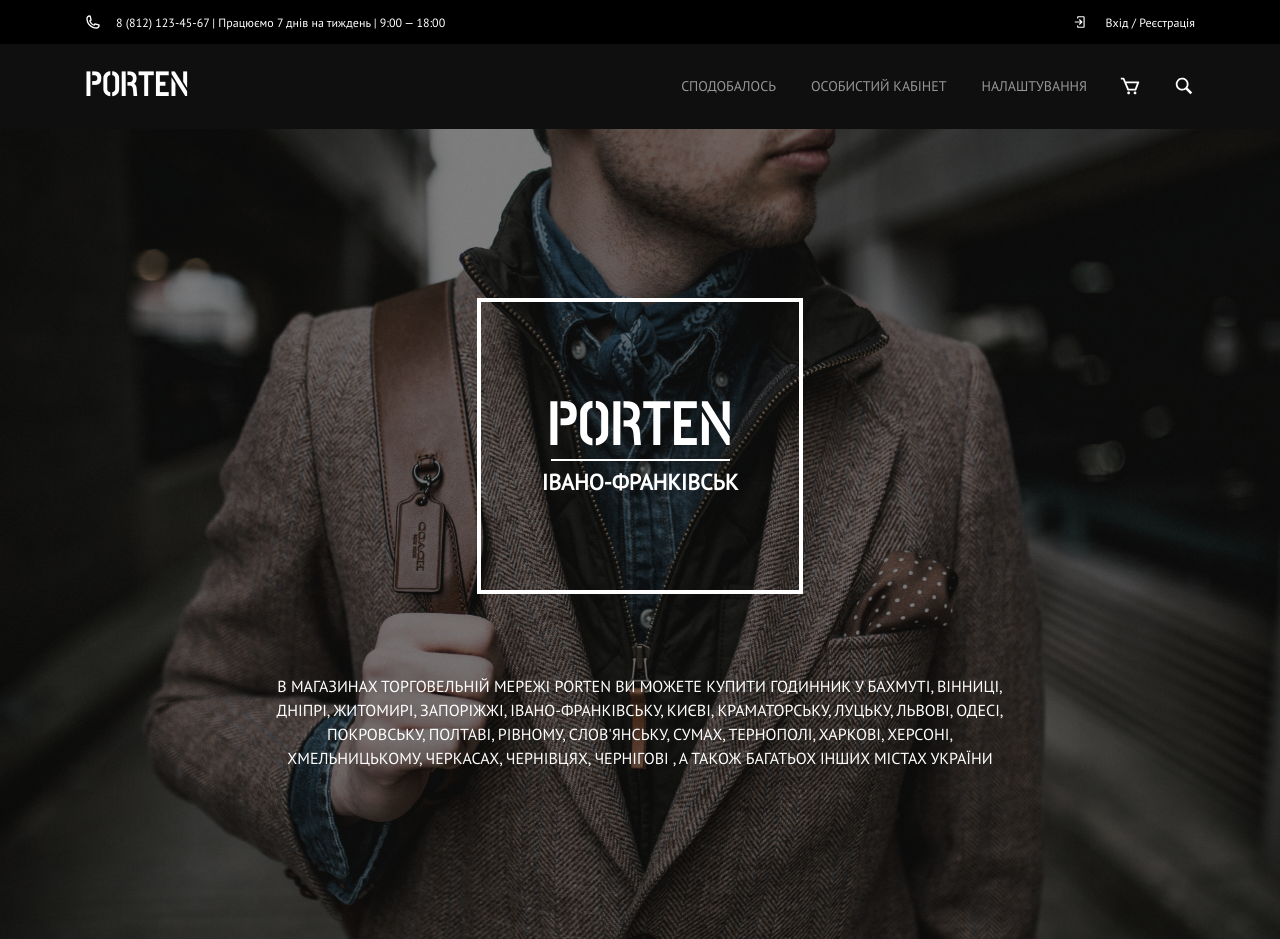
Repository: KYUUBI-K/porten
Page: index.html
The author's editor kept a copy of each file at every save. The page is drawn from the files as they stood at one save, then again after the next save.
The browser window is 1280 px wide. The pictures show the whole page.

Above is the page before, as saved 2025-09-09 21:47:41.

### index.html
<!DOCTYPE html>
<html lang="en">
  <head>
    <meta charset="UTF-8" />
    <meta name="viewport" content="width=device-width, initial-scale=1.0" />
    <title>Cappadocia</title>
    <link rel="stylesheet" href="./styles.css" />
    <script defer src="./index.js"></script>
  </head>
  <body>
    <header class="header">
      <div class="top-line">
        <div class="wrapper">
          <div class="top-line-content">
            <div class="info">
              <svg
                width="16"
                height="16"
                viewBox="0 0 16 16"
                fill="none"
                xmlns="http://www.w3.org/2000/svg"
              >
                <path
                  d="M11.6 14.6667C8.87817 14.6631 6.26886 13.5803 4.34425 11.6557C2.41964 9.73112 1.33684 7.1218 1.33331 4.39999C1.33331 3.58666 1.65641 2.80665 2.23152 2.23153C2.80663 1.65642 3.58665 1.33333 4.39998 1.33333C4.57221 1.33202 4.74415 1.34765 4.91331 1.37999C5.07685 1.4042 5.23762 1.44439 5.39331 1.49999C5.50281 1.53841 5.60039 1.60475 5.67639 1.69244C5.75239 1.78014 5.80418 1.88615 5.82665 1.99999L6.73998 5.99999C6.7646 6.10857 6.76163 6.22158 6.73136 6.32872C6.70108 6.43585 6.64445 6.5337 6.56665 6.61333C6.47998 6.70666 6.47331 6.71333 5.65331 7.13999C6.30998 8.58057 7.46211 9.73743 8.89998 10.4C9.33331 9.57333 9.33998 9.56666 9.43331 9.47999C9.51294 9.40219 9.61079 9.34556 9.71792 9.31528C9.82506 9.28501 9.93807 9.28204 10.0466 9.30666L14.0466 10.22C14.1568 10.2456 14.2587 10.2988 14.3427 10.3746C14.4267 10.4504 14.49 10.5463 14.5266 10.6533C14.5829 10.8116 14.6253 10.9744 14.6533 11.14C14.6801 11.3075 14.6935 11.477 14.6933 11.6467C14.681 12.4565 14.3488 13.2286 13.7693 13.7944C13.1897 14.3602 12.4099 14.6738 11.6 14.6667V14.6667ZM4.39998 2.66666C3.94081 2.66842 3.50095 2.8516 3.17627 3.17628C2.85158 3.50097 2.6684 3.94083 2.66665 4.39999C2.66841 6.76872 3.61017 9.03992 5.28511 10.7149C6.96005 12.3898 9.23125 13.3316 11.6 13.3333C12.0591 13.3316 12.499 13.1484 12.8237 12.8237C13.1484 12.499 13.3316 12.0592 13.3333 11.6V11.38L10.24 10.6667L10.0466 11.0333C9.74665 11.6133 9.52665 12.0333 8.96665 11.8067C7.8619 11.4112 6.85911 10.7747 6.03114 9.94325C5.20316 9.11181 4.57079 8.10638 4.17998 6.99999C3.93998 6.47999 4.39331 6.23999 4.96665 5.93999L5.33331 5.75999L4.61998 2.66666H4.39998Z"
                  fill="white"
                />
              </svg>
              8 (812) 123-45-67 | Працюємо 7 днів на тиждень | 9:00 — 18:00
            </div>
            <div class="login">
              <svg
                width="14"
                height="14"
                viewBox="0 0 14 14"
                fill="none"
                xmlns="http://www.w3.org/2000/svg"
              >
                <path
                  d="M5.25001 1.16675H10.5C11.1417 1.16675 11.6667 1.69175 11.6667 2.33341V11.6667C11.6667 12.3084 11.1417 12.8334 10.5 12.8334H5.25001C4.60834 12.8334 4.08334 12.3084 4.08334 11.6667V10.5001H5.25001V11.6667H10.5V2.33341H5.25001V3.50008H4.08334V2.33341C4.08334 1.69175 4.60834 1.16675 5.25001 1.16675Z"
                  fill="white"
                />
                <path
                  d="M5.88583 9.09409L6.70833 9.91659L9.625 6.99992L6.70833 4.08325L5.88583 4.90575L7.39083 6.41659H1.75V7.58325H7.39083L5.88583 9.09409Z"
                  fill="white"
                />
              </svg>
              Вхід / Реєстрація
            </div>
          </div>
        </div>
      </div>
      <div class="bot-line">
        <div class="wrapper">
          <div class="bot-line-content">
            <div class="header-logo">PORTEN</div>
            <nav class="header-menu">
              <ul class="header-menu-list">
                <li class="header-menu-item">
                  <a class="header-menu-link" href="#liked">cподобалось</a>
                </li>
                <li class="header-menu-item">
                  <a class="header-menu-link" href="#office"
                    >Особистий кабінет</a
                  >
                </li>
                <li class="header-menu-item">
                  <a class="header-menu-link" href="#settings">налаштування</a>
                </li>
              </ul>
              <svg
                width="22"
                height="22"
                viewBox="0 0 22 22"
                fill="none"
                xmlns="http://www.w3.org/2000/svg"
              >
                <path
                  d="M20.0035 6.81175C19.9192 6.6899 19.8066 6.59031 19.6754 6.5215C19.5441 6.45269 19.3982 6.41672 19.25 6.41667H6.72193L5.66409 3.8775C5.52539 3.54312 5.29052 3.25746 4.98927 3.05673C4.68801 2.856 4.33393 2.74925 3.97193 2.75H1.83334V4.58334H3.97193L8.32059 15.0196C8.39025 15.1866 8.50775 15.3292 8.65831 15.4295C8.80887 15.5298 8.98575 15.5834 9.16668 15.5833H16.5C16.8823 15.5833 17.2242 15.3459 17.3589 14.9893L20.1089 7.656C20.1609 7.51724 20.1785 7.36794 20.1601 7.22091C20.1417 7.07387 20.088 6.93348 20.0035 6.81175ZM15.8648 13.75H9.77809L7.48643 8.25H17.9273L15.8648 13.75Z"
                  fill="white"
                />
                <path
                  d="M9.625 19.25C10.3844 19.25 11 18.6344 11 17.875C11 17.1156 10.3844 16.5 9.625 16.5C8.86561 16.5 8.25 17.1156 8.25 17.875C8.25 18.6344 8.86561 19.25 9.625 19.25Z"
                  fill="white"
                />
                <path
                  d="M16.0417 19.25C16.8011 19.25 17.4167 18.6344 17.4167 17.875C17.4167 17.1156 16.8011 16.5 16.0417 16.5C15.2823 16.5 14.6667 17.1156 14.6667 17.875C14.6667 18.6344 15.2823 19.25 16.0417 19.25Z"
                  fill="white"
                />
              </svg>
              <svg
                width="22"
                height="22"
                viewBox="0 0 22 22"
                fill="none"
                xmlns="http://www.w3.org/2000/svg"
              >
                <path
                  d="M19.25 17.4167L14.5255 12.6922C15.3989 11.3648 15.7488 9.76053 15.5073 8.18999C15.2658 6.61945 14.4501 5.19437 13.2182 4.19068C11.9864 3.18698 10.4259 2.67606 8.83895 2.75684C7.252 2.83762 5.75147 3.50434 4.62788 4.62794C3.50428 5.75153 2.83755 7.25206 2.75678 8.83901C2.676 10.426 3.18692 11.9864 4.19061 13.2183C5.19431 14.4502 6.61939 15.2658 8.18993 15.5073C9.76047 15.7488 11.3648 15.399 12.6922 14.5256L17.4167 19.2501L19.25 17.4167ZM4.58335 9.16675C4.58335 6.6395 6.63944 4.58341 9.16669 4.58341C11.6939 4.58341 13.75 6.6395 13.75 9.16675C13.75 11.694 11.6939 13.7501 9.16669 13.7501C6.63944 13.7501 4.58335 11.694 4.58335 9.16675Z"
                  fill="white"
                />
              </svg>
            </nav>
          </div>
        </div>
      </div>
    </header>
    <section class="banner">
      <div class="banner-logo">
        <h1 class="banner-title">PORTEN</h1>
        <h2 class="banner-subtitle">івано-франківськ</h2>
      </div>
      <div class="banner-info">
        В магазинах Торговельній мережі Porten ви можете купити годинник у
        Бахмуті, Вінниці, Дніпрі, Житомирі, Запоріжжі, Івано-Франківську, Києві,
        Краматорську, Луцьку, Львові, Одесі, Покровську, Полтаві, Рівному,
        Слов'янську, Сумах, Тернополі, Харкові, Херсоні, Хмельницькому,
        Черкасах, Чернівцях, Чернігові , а також багатьох інших містах України
      </div>
    </section>
  </body>
</html>

### styles.css
@font-face {
  font-family: "PT Sans";
  src: url("./fonts/PTSans-Regular.woff2") format("woff2");
  font-weight: 400;
  font-style: normal;
  font-display: swap;
}

@font-face {
  font-family: "Playfair Display";
  src: url("./fonts/PlayfairDisplay-Regular.woff2") format("woff2");
  font-weight: 400;
  font-style: normal;
  font-display: swap;
}

@font-face {
  font-family: "Playfair Display";
  src: url("./fonts/PlayfairDisplay-Bold.woff2") format("woff2");
  font-weight: 700;
  font-style: normal;
  font-display: swap;
}

@font-face {
  font-family: "Post No Bills Jaffna";
  src: url("./fonts/PostNoBillsJaffna-Bold.woff2") format("woff2");
  font-weight: 700;
  font-style: normal;
  font-display: swap;
}

html {
  box-sizing: border-box;
}
*,
*::before,
*::after {
  box-sizing: inherit;
  margin: 0;
  padding: 0;
}

:root {
  --color-dark: #000000;
  --color-light-dark: #0f0f0f;
  --color-white: #ffffff;
  --light-gray: #d0d0d0;
  --color-gray: #969696;

  --border: 1px solid var(--color-white);

  --font-family-base: "PT Sans", sans-serif;
  --font-family-accent: "Playfair Display", sans-serif;
  --font-family-logo: "Post No Bills Jaffna", sans-serif;

  --input-height: 47px;
}

body {
  font-size: 14px;
  font-family: var(--font-family-base);
  background-color: var(--color-dark);
  color: var(--color-white);
}

li {
  list-style: none;
}
a {
  text-decoration: none;
  color: inherit;
}
.wrapper {
  margin: 0 auto;
  max-width: 1110px;
}

.top-line-content {
  font-family: var(--font-family-base);
  font-size: 12px;
  display: flex;
  justify-content: space-between;
  padding: 14px 0px;
}
.info {
  display: flex;
  align-items: center;
  column-gap: 15px;
}

.login {
  display: flex;
  align-items: center;
  column-gap: 19px;
}

.bot-line {
  background-color: var(--color-light-dark);
}

.bot-line-content {
  display: flex;
  justify-content: space-between;
  padding: 15px 0 16px 0;
}

.header-menu {
  font-family: var(--font-family-base);
  font-size: 14px;
  color: var(--color-gray);
  display: flex;
  justify-content: space-between;
  gap: 32px;
  align-items: center;
}
.header-menu-list {
  display: flex;
  text-transform: uppercase;
  gap: 35px;
}
.header-logo {
  font-family: var(--font-family-logo);
  font-size: 36px;
}

.banner {
  position: relative;
  display: flex;
  flex-direction: column;
  justify-content: center;
  align-items: center;
  text-align: center;
  text-transform: uppercase;
  min-height: 810px;
  background: linear-gradient(
      0deg,
      rgba(15, 15, 15, 0.5) 0%,
      rgba(15, 15, 15, 0.5) 100%
    ),
    url(/images/Rectangle\ 3.png) lightgray 50% / cover no-repeat;
}
.banner-logo {
  margin-bottom: 80px;
  border: 4px solid #fff;
  padding: 93px 61px 94px 61px;
}
.banner-title {
  font-family: var(--font-family-logo);
  font-size: 64px;
  font-weight: 700;
  line-height: 1;
}
.banner-title::after {
  content: "";
  display: block;
  width: 179px;
  height: 2px;
  background: white;
  margin: auto;
}

.banner-subtitle {
  margin-top: 7px;
  font-family: var(--font-family-base);
  font-size: 22px;
}

.banner-info {
  font-family: var(--font-family-base);
  font-size: 16px;
  font-style: normal;
  font-weight: 400;
  line-height: 150%;
  max-width: 730px;
}

### index.js
document.addEventListener("DOMContentLoaded", () => {
  const sliders = document.querySelectorAll(".route-slider, .about-slider");

  sliders.forEach((slider) => {
    const slidesContainer = slider.querySelector(".slides");
    const slides = slider.querySelectorAll(".slide");
    const prevBtn = slider.querySelector(".prev");
    const nextBtn = slider.querySelector(".next");

    let currentIndex = 0;

    function updateSlide() {
      slidesContainer.style.transform = `translateX(-${currentIndex * 100}%)`;
    }

    nextBtn.addEventListener("click", () => {
      currentIndex++;
      if (currentIndex >= slides.length) {
        currentIndex = 0;
      }
      updateSlide();
    });

    prevBtn.addEventListener("click", () => {
      currentIndex--;
      if (currentIndex < 0) {
        currentIndex = slides.length - 1;
      }
      updateSlide();
    });
  });
});

After the next save:
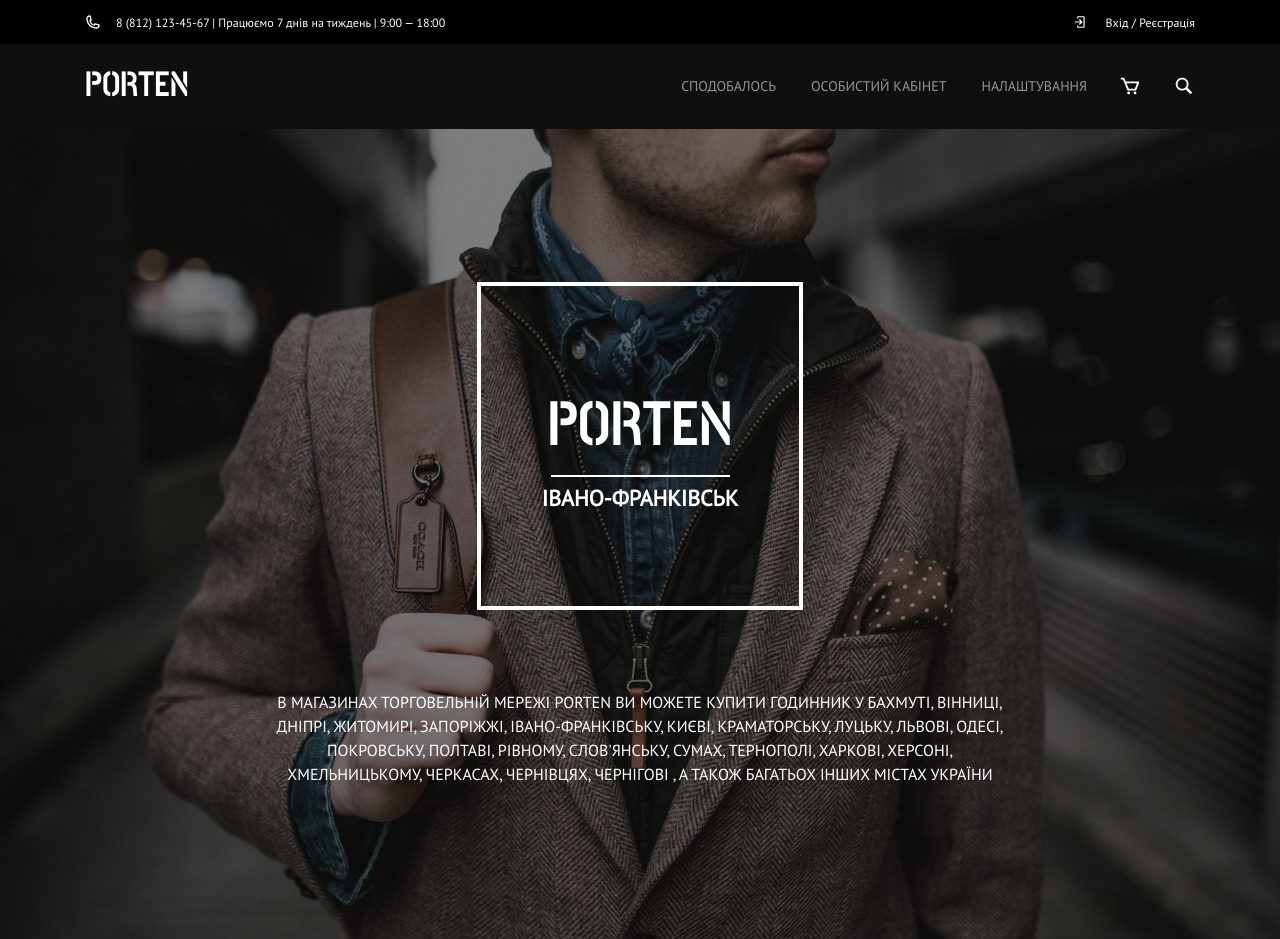
Saved 2 min 45 s later.
--- a/styles.css
+++ b/styles.css
@@ -149,7 +149,7 @@
   font-family: var(--font-family-logo);
   font-size: 64px;
   font-weight: 700;
-  line-height: 1;
+  /* line-height: 1; */
 }
 .banner-title::after {
   content: "";

After the save that followed:
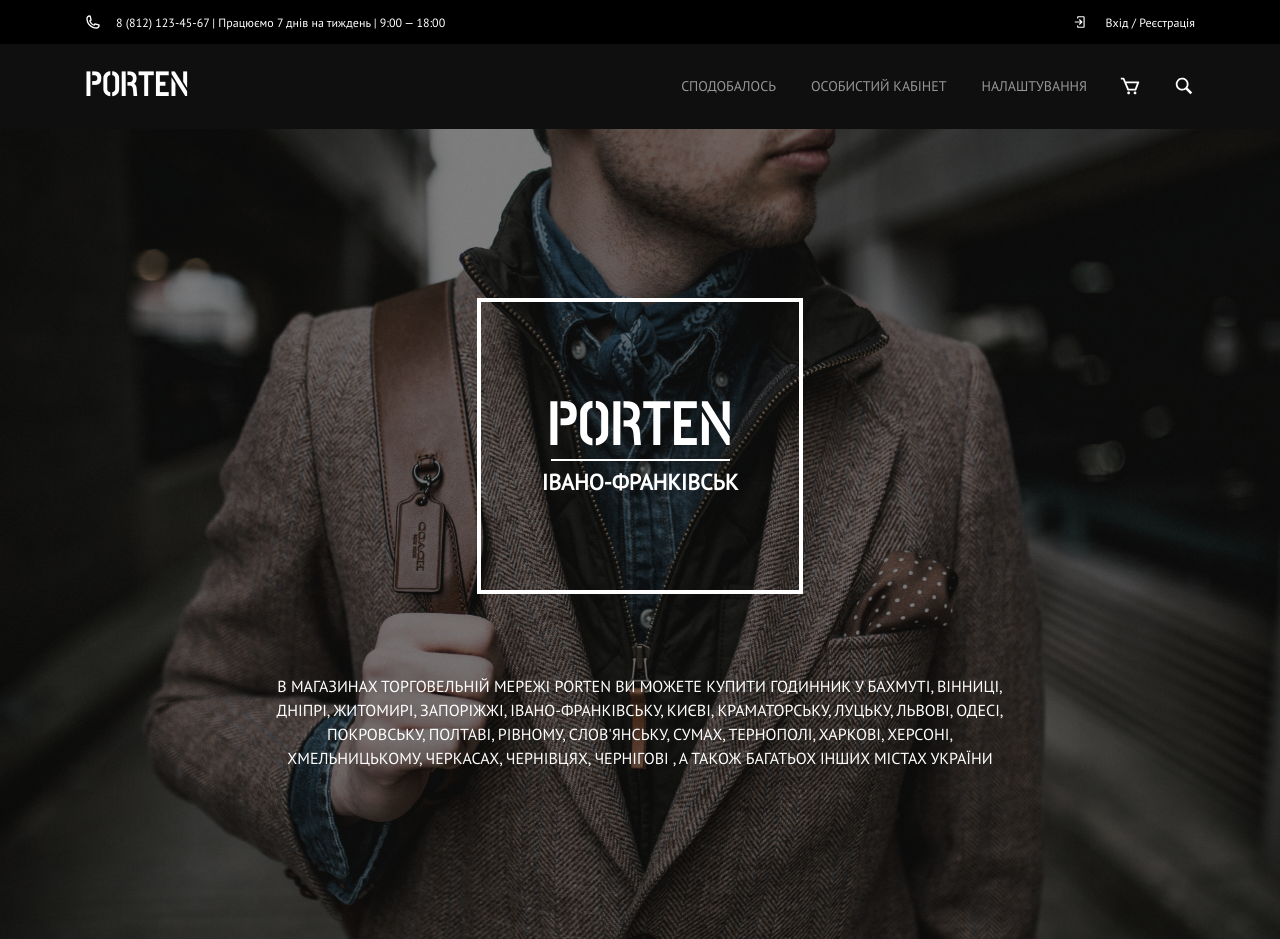
Saved 4 s later.
--- a/styles.css
+++ b/styles.css
@@ -149,7 +149,7 @@
   font-family: var(--font-family-logo);
   font-size: 64px;
   font-weight: 700;
-  /* line-height: 1; */
+  line-height: 1;
 }
 .banner-title::after {
   content: "";
